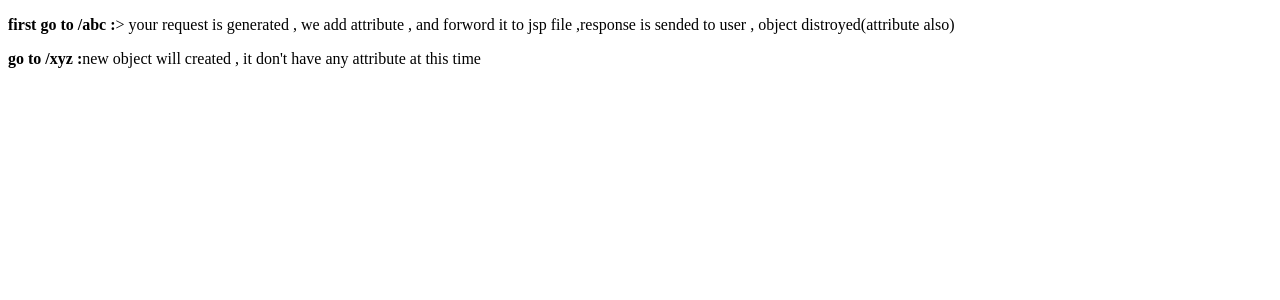
Repository: suraj-repositories/java-practice-2-advance-java-1
Page: http://localhost/Ad_26_Request_and_Session_scope/
An editor plug-in stored every save of this project. The page is shown before and after the next save, followed by the edit.
The browser window is 1280 px wide. The pictures show the whole page.
The page is served by Tomcat 9.

Above is the page before, as saved 2023-07-28 00:30:05.

After the next save:
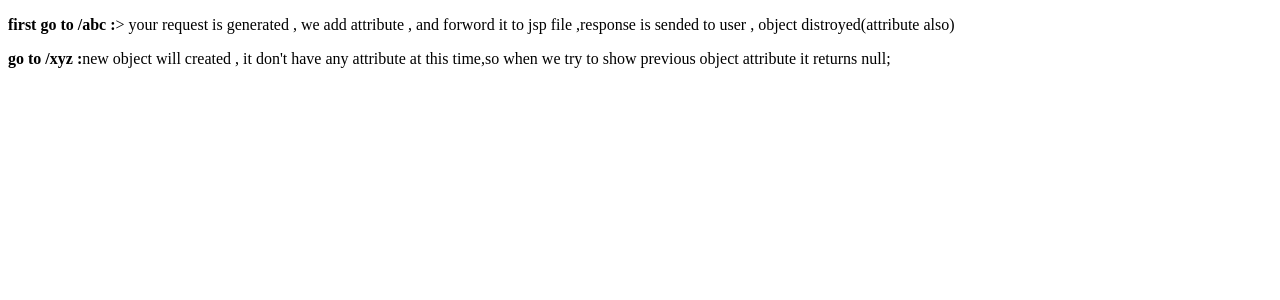
Saved 41 s later.
--- a/Ad_26_Request_and_Session_scope/src/main/webapp/index.jsp
+++ b/Ad_26_Request_and_Session_scope/src/main/webapp/index.jsp
@@ -10,7 +10,8 @@
 	<p><b>first go to /abc :</b>> your request is generated , we add attribute , and forword it to jsp file
 		,response is sended to user , object distroyed(attribute also)
 	</p>
-	<p><b> go to /xyz :</b>new object will created , it don't have any attribute at this time
+	<p><b> go to /xyz :</b>new object will created , it don't have any attribute at this time,so when we try to
+	show previous object attribute it returns null;
 	</p>
 </body>
 </html>
